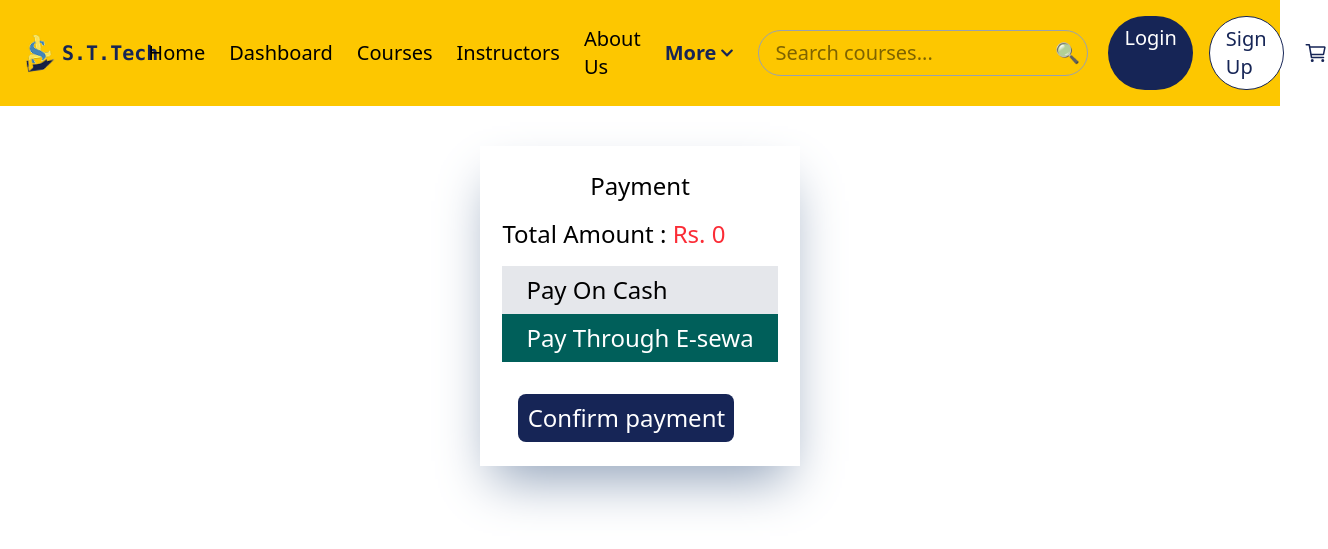
Repository: binisha-ghi1/e-learning
Page: /payment
These files come from the project's save history. The page is drawn as it stood at one moment and after the next save; the edit follows.
The browser window is 1280 px wide. The page is 1328 px wide, then 1280 px, then 1328 px, so the pictures cover 1328 px, including what lies to the right of the window. The pictures show the whole page.
The project was rebuilt for these pictures with package versions that can differ from the ones it lists, and the page was loaded fresh each time. Also part of the build but not shown: vite.config.js, src/components/Footer/Footer.jsx, src/components/Team/Team.jsx, src/components/Student/Student.jsx, src/components/pages/AboutUs.jsx, src/components/Button/Button.jsx, src/components/pages/Home.jsx, src/components/pages/CourseDetail.jsx and 11 more.

Above is the page before, as saved 2025-02-22 21:07:48.

### src/main.jsx
import { StrictMode } from "react";
import { createRoot } from "react-dom/client";
import './index.css';
import App from './App.jsx';
import { BrowserRouter } from 'react-router-dom';
import { Auth0Provider } from '@auth0/auth0-react';

const rootElement = document.getElementById('root');
const root = createRoot(rootElement);

root.render(
  <StrictMode>
    <BrowserRouter>
      <Auth0Provider
        domain="dev-cgihc3o66rzyc3mx.us.auth0.com"
        clientId="7SBe4yFt3rYa3YhYrUZC3MTTG03d0HP8"
        authorizationParams={{
          redirect_uri: window.location.origin,
        }}
      >
        <App />
      </Auth0Provider>
    </BrowserRouter>
  </StrictMode>
);

### src/App.jsx
import React, { useState } from 'react';
import { Routes, Route } from 'react-router-dom';
import Navbar from './components/Navbar/Navbar';
import AboutUs from './components/pages/AboutUs';
import Home from './components/pages/Home';
import Dashboard from './components/pages/Dashboard';
import Courses from './components/pages/Courses';
import CourseDetail from './components/pages/CourseDetail';
import Instructors from './components/pages/Instructors';
import InstructorDetail from './components/pages/InstructorDetail';
import More from './components/pages/More';
import Contact from './components/pages/Contact';
import Login from './components/Authenication/Login';
import Signup from './components/Authenication/Signup';
import CartPage from './components/pages/CartPage';
import Payment from './components/pages/Payment';
import Failure from './components/pages/Failure';
import Success from './components/pages/Success';
import Team from './components/Team/Team';
import Student from './components/Student/Student';


const App = () => {
  const [cart, setCart] = useState([]);
  const [user, setUser] = useState(null);

  return (
    <div>
      <Navbar cart={cart} user={user} />
      <Routes>
        <Route path="/" element={<Home />} />
        <Route path="/dashboard" element={<Dashboard />} />
        <Route path="/courses" element={<Courses cart={cart} setCart={setCart} />} />
        <Route path="/course/:courseId" element={<CourseDetail cart={cart} setCart={setCart} />} />
        <Route path="/instructors" element={<Instructors />} />
        <Route path="/instructor/:id" element={<InstructorDetail />} />
        <Route path="/about" element={<AboutUs />} />

        <Route path="/contact" element={<Contact />} />
        <Route path="/more" element={<More />} />
        <Route path="/signup" element={<Signup setUser={setUser} />} />
        <Route path="/login" element={<Login setUser={setUser} />} />
        <Route path="/cart" element={<CartPage cart={cart} setCart={setCart} />} />
        <Route path="/payment" element={<Payment cart={cart} />} />
        <Route path="/success" element={<Success />} />
        <Route path="/failure" element={<Failure />} />
        <Route path="/team" element={<Team />} />
        <Route path="/student" element={<Student />} />

      </Routes>
    </div>
  );
};

export default App;

### src/components/Navbar/Navbar.jsx
import React, { useState, useRef, useEffect } from 'react';
import { NavLink, useNavigate } from 'react-router-dom';
import { IoCartOutline } from 'react-icons/io5';
import { FaChevronDown } from 'react-icons/fa';
import logo from '../../assets/images/logo.png';

const Navbar = ({ cart }) => {
  const [isDropdownOpen, setIsDropdownOpen] = useState(false);
  const [searchTerm, setSearchTerm] = useState(""); // ✅ Add state for search
  const dropdownRef = useRef(null);
  const navigate = useNavigate(); // ✅ To navigate to courses

  useEffect(() => {
    function handleClickOutside(event) {
      if (dropdownRef.current && !dropdownRef.current.contains(event.target)) {
        setIsDropdownOpen(false);
      }
    }
    document.addEventListener("mousedown", handleClickOutside);
    return () => document.removeEventListener("mousedown", handleClickOutside);
  }, []);

  const handleSearchSubmit = (e) => {
    e.preventDefault();
    if (searchTerm.trim()) {
      navigate(`/courses?search=${searchTerm}`); // ✅ Redirect to courses with search query
    }
  };

  return (
    <div className="flex flex-row bg-yellow-400 text-xl sticky top-0 z-50 font-oswald gap-5 py-4 px-6 items-center justify-between">
      {/* Logo */}
      <div className="flex items-center">
        <img src={logo} alt="S.T.Tech Logo" className="h-10 w-auto mr-2 animate-spin" />
        <p className="font-mono text-blue-950 font-bold">S.T.Tech</p>
      </div>

      {/* Navigation Links */}
      <div className="flex items-center gap-6">
        <NavLink to="/" className={({ isActive }) => isActive ? "text-blue-950 font-bold" : "hover:text-blue-950 hover:underline"}>Home</NavLink>
        <NavLink to="/dashboard" className={({ isActive }) => isActive ? "text-blue-950 font-bold" : "hover:text-blue-950 hover:underline"}>Dashboard</NavLink>
        <NavLink to="/courses" className={({ isActive }) => isActive ? "text-blue-950 font-bold" : "hover:text-blue-950 hover:underline"}>Courses</NavLink>
        <NavLink to="/instructors" className={({ isActive }) => isActive ? "text-blue-950 font-bold" : "hover:text-blue-950 hover:underline"}>Instructors</NavLink>
        <NavLink to="/about" className={({ isActive }) => isActive ? "text-blue-950 font-bold" : "hover:text-blue-950 hover:underline"}>About Us</NavLink>

        {/* More Dropdown */}
        <div className="relative" ref={dropdownRef}>
          <button onClick={() => setIsDropdownOpen(!isDropdownOpen)} className="flex items-center gap-1 text-blue-950 font-bold hover:underline">
            More <FaChevronDown className="text-sm" />
          </button>

          {isDropdownOpen && (
            <div className="absolute left-0 mt-2 w-48 bg-white border rounded-lg shadow-lg">
              <NavLink to="/contact" className="block px-4 py-2 text-blue-950 hover:bg-gray-200" onClick={() => setIsDropdownOpen(false)}>Contact</NavLink>
              <NavLink to="/team" className="block px-4 py-2 text-blue-950 hover:bg-gray-200" onClick={() => setIsDropdownOpen(false)}>Our Team</NavLink>
              <NavLink to="/student" className="block px-4 py-2 text-blue-950 hover:bg-gray-200" onClick={() => setIsDropdownOpen(false)}>Student Reviews</NavLink>
            </div>
          )}
        </div>

        {/* ✅ Search Bar */}
        <form onSubmit={handleSearchSubmit} className="relative">
          <input
            type="text"
            placeholder="Search courses..."
            value={searchTerm}
            onChange={(e) => setSearchTerm(e.target.value)}
            className="border border-gray-400 px-4 py-2 rounded-full focus:outline-none focus:border-blue-500"
          />
          <button type="submit" className="absolute right-2 top-1/2 transform -translate-y-1/2 text-blue-950 font-bold">🔍</button>
        </form>
      </div>

      {/* Login & Signup Buttons */}
      <div className="flex gap-4">
        <NavLink to="/login" className="bg-blue-950 text-white px-4 py-2 rounded-full hover:bg-blue-800">Login</NavLink>
        <NavLink to="/signup" className="bg-white text-blue-950 px-4 py-2 rounded-full border border-blue-950 hover:bg-gray-200">Sign Up</NavLink>
      </div>

      {/* Cart Icon */}
      <NavLink to="/cart" className="relative">
        <IoCartOutline className="text-2xl text-blue-950" />
        {cart.length > 0 && (
          <span className="absolute -top-2 -right-2 bg-red-500 text-white text-xs rounded-full w-5 h-5 flex items-center justify-center">
            {cart.length}
          </span>
        )}
      </NavLink>
    </div>
  );
};

export default Navbar;

### src/components/pages/Payment.jsx
import React from 'react';
import CryptoJS from 'crypto-js';
import { v4 as uuidv4 } from 'uuid';

function Payment({ cart }) {
  const total = cart.reduce((sum, item) => {
    const price = item.price === 'Free' ? 0 : parseFloat(item.price.replace(/,/g, ''));
    return sum + price;
  }, 0);

  const transaction_uuid = uuidv4();

  // Generate HMAC signature
  const Message = `total_amount=${total},transaction_uuid=${transaction_uuid},product_code=EPAYTEST`;
  const hash = CryptoJS.HmacSHA256(Message, '8gBm/:&EnhH.1/q');
  const hashInBase64 = CryptoJS.enc.Base64.stringify(hash);

  // Encode transaction data for the success page
  const transactionData = {
    transaction_uuid,
    total_amount: total,
    status: "success",
  };
  const encodedData = btoa(JSON.stringify(transactionData));
  const jsonData = JSON.stringify(transactionData);

// Encode JSON string to Base64


console.log("Encoded Data (Base64):", encodedData);

  return (
    <div className="flex justify-center items-center">
      <div className="flex flex-col items-center justify-center mt-10 shadow-2xl shadow-slate-400 w-80 mb-8 h-80 font-medium pt-4 text-2xl">
        <h1>Payment</h1>
        <form
          action="https://rc-epay.esewa.com.np/api/epay/main/v2/form"
          method="POST"
        >
          <input type="hidden" name="amount" value={total} required />
          <input type="hidden" name="tax_amount" value="0" required />
          <input type="hidden" name="total_amount" value={total} required />
          <input type="hidden" name="transaction_uuid" value={transaction_uuid} required />
          <input type="hidden" name="product_code" value="EPAYTEST" required />
          <input type="hidden" name="product_service_charge" value="0" required />
          <input type="hidden" name="product_delivery_charge" value="0" required />

          {/* Send encoded transaction data in the success URL */}
          <input type="hidden" name="success_url" value={`http://localhost:5173/success?data=${encodedData}`} required />
          <input type="hidden" name="failure_url" value="http://localhost:5173/failure" required />

          <input type="hidden" name="signed_field_names" value="total_amount,transaction_uuid,product_code" required />
          <input type="hidden" name="signature" value={hashInBase64} required />

          <h1 className="mt-4 mb-4">Total Amount : <span className="text-red-500">Rs. {total}</span></h1>
          <p className="bg-gray-200 text-black py-2 px-6 ">Pay On Cash</p>
          <p className="bg-teal-800 text-white py-2 px-6 ">Pay Through E-sewa</p>
          <input className="bg-blue-950 text-white p-2 ml-4 mb-4 mt-8 cursor-pointer rounded-lg w-54" value="Confirm payment" type="submit" />
        </form>
      </div>
    </div>
  );
}

export default Payment;

Loaded but not shown: index.html (common file); src/index.css (common file)

After the next save:
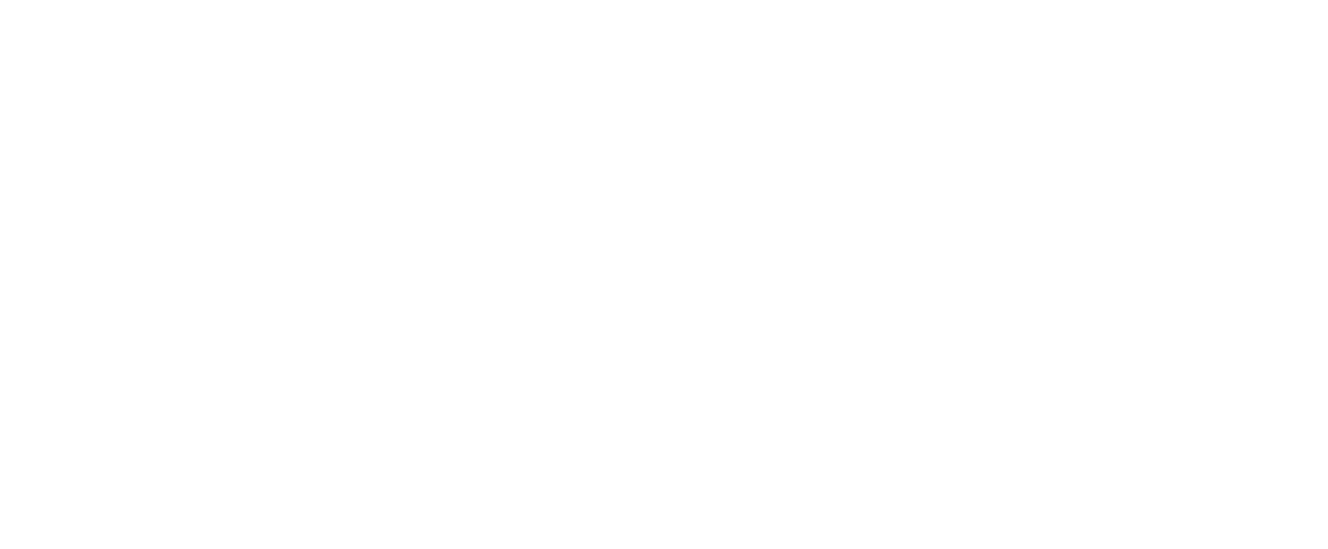
Console error: ReferenceError: encodedData is not defined
Saved 8 s later.
--- a/src/components/pages/Payment.jsx
+++ b/src/components/pages/Payment.jsx
@@ -21,13 +21,7 @@
     total_amount: total,
     status: "success",
   };
-  const encodedData = btoa(JSON.stringify(transactionData));
-  const jsonData = JSON.stringify(transactionData);
 
-// Encode JSON string to Base64
-
-
-console.log("Encoded Data (Base64):", encodedData);
 
   return (
     <div className="flex justify-center items-center">

After the save that followed:
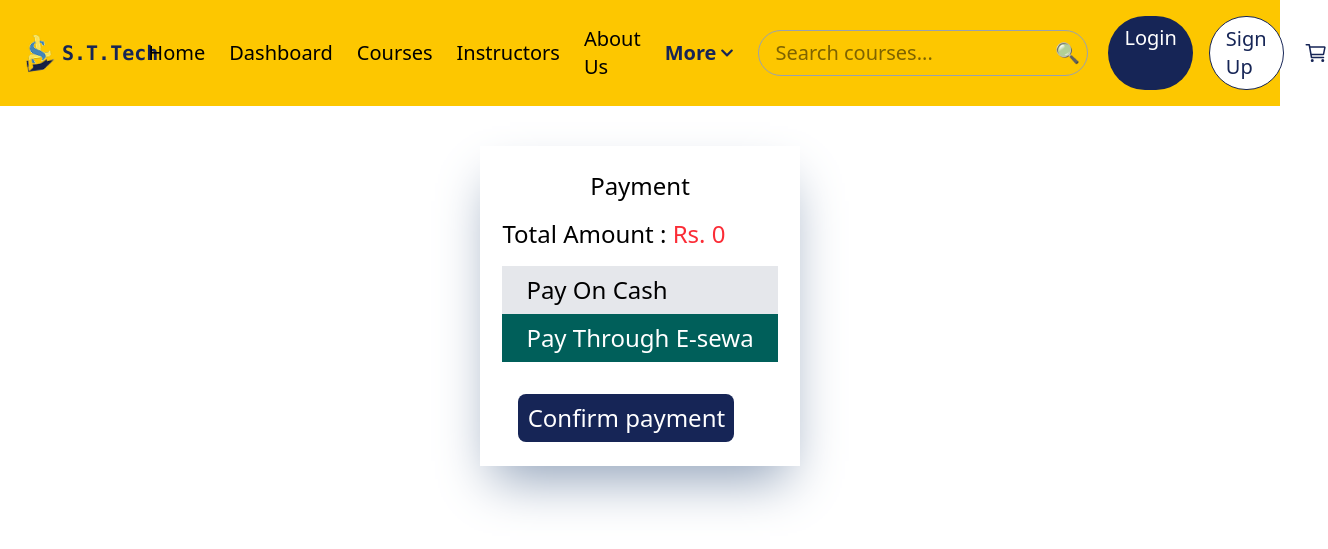
The error is gone.
Saved 13 s later.
--- a/src/components/pages/Payment.jsx
+++ b/src/components/pages/Payment.jsx
@@ -21,7 +21,12 @@
     total_amount: total,
     status: "success",
   };
+  const jsonData = JSON.stringify(transactionData);
 
+  // Encode JSON string to Base64
+  const encodedData = btoa(unescape(encodeURIComponent(jsonData)));
+
+  console.log("Encoded Data (Base64):", encodedData);
 
   return (
     <div className="flex justify-center items-center">
